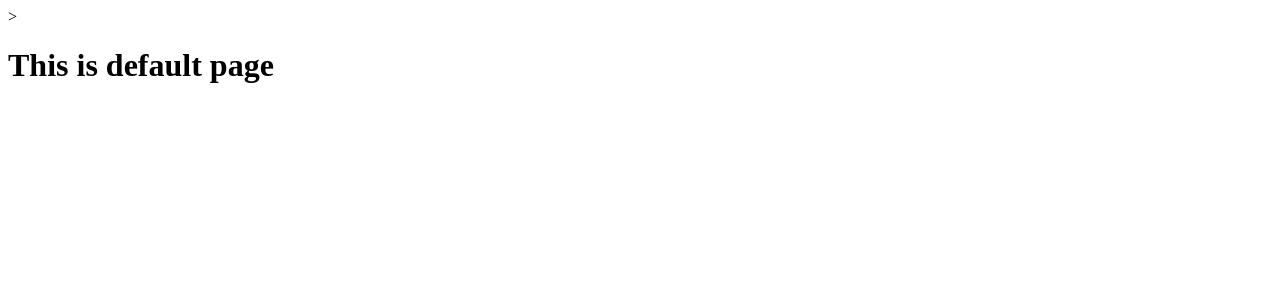
Repository: ashwin2-0/MineEclipseProjects
Page: http://localhost/springMVC/
These files come from the project's save history. The page is drawn as it stood at one moment and after the next save; the edit follows.
The browser window is 1280 px wide. The pictures show the whole page.
The page is served by Tomcat 9. Other server files are loaded and not shown.

Above is the page before, as saved 2025-04-09 21:24:41.

### Spring_Core/SpringMVC/springMVC/src/main/webapp/index.jsp
<%@ page language="java" contentType="text/html; charset=UTF-8"
    pageEncoding="UTF-8"%>
<!DOCTYPE html>
<html>
<head>
<meta charset="UTF-8">
<title>This is default jsp</title>
</head>
<body>

><h1>This is default page</h1>
</body>
</html>

After the next save:
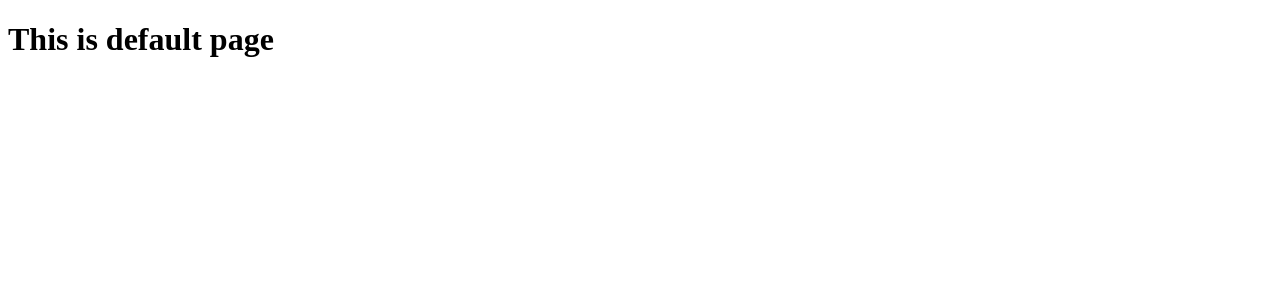
Saved 43 s later.
--- a/Spring_Core/SpringMVC/springMVC/src/main/webapp/index.jsp
+++ b/Spring_Core/SpringMVC/springMVC/src/main/webapp/index.jsp
@@ -8,6 +8,6 @@
 </head>
 <body>
 
-><h1>This is default page</h1>
+<h1>This is default page</h1>
 </body>
 </html>
